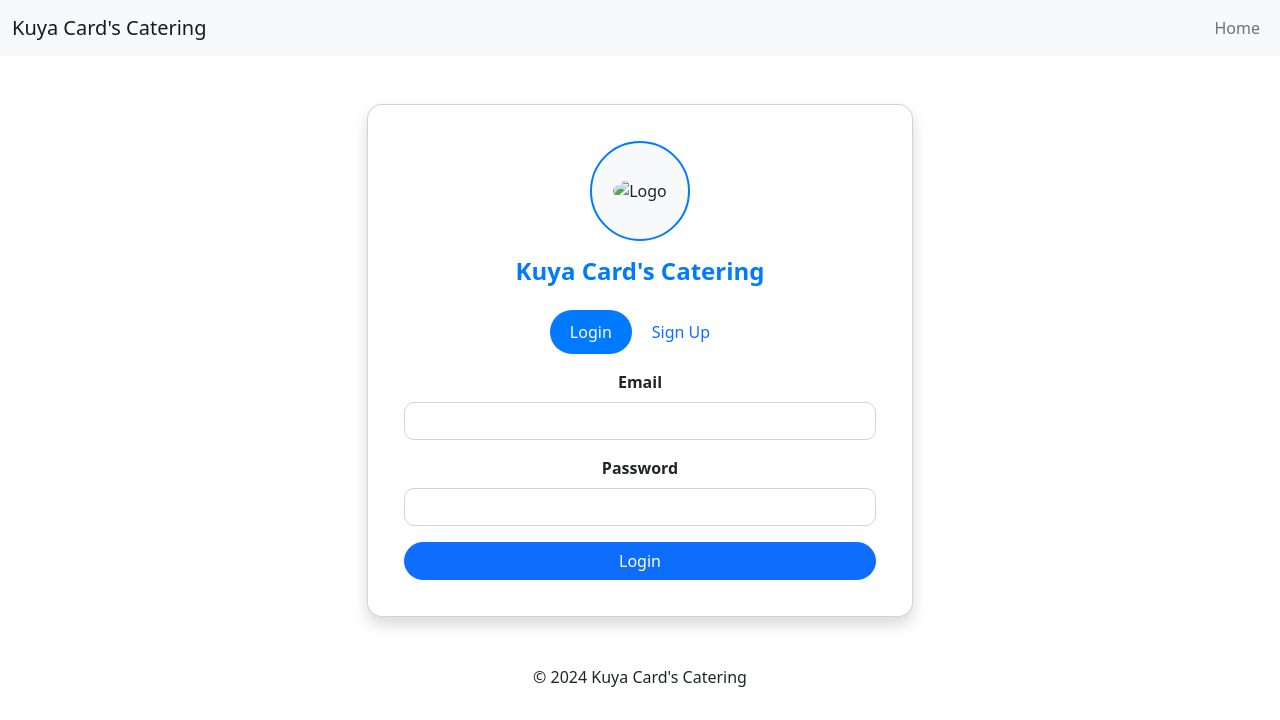
Repository: banbanny/kuyacards_catering
Page: http://localhost/
An editor plug-in stored every save of this project. The page is shown before and after the next save, followed by the edit.
The browser window is 1280 px wide. The pictures show the whole page.
The page is run by PHP 8.4 with error messages shown; the project is at /var/www/html/.

Above is the page before, as saved 2024-11-29 12:38:10.
Console error: TypeError: Cannot read properties of null (reading 'addEventListener')
Not found: logo.png

After the next save:
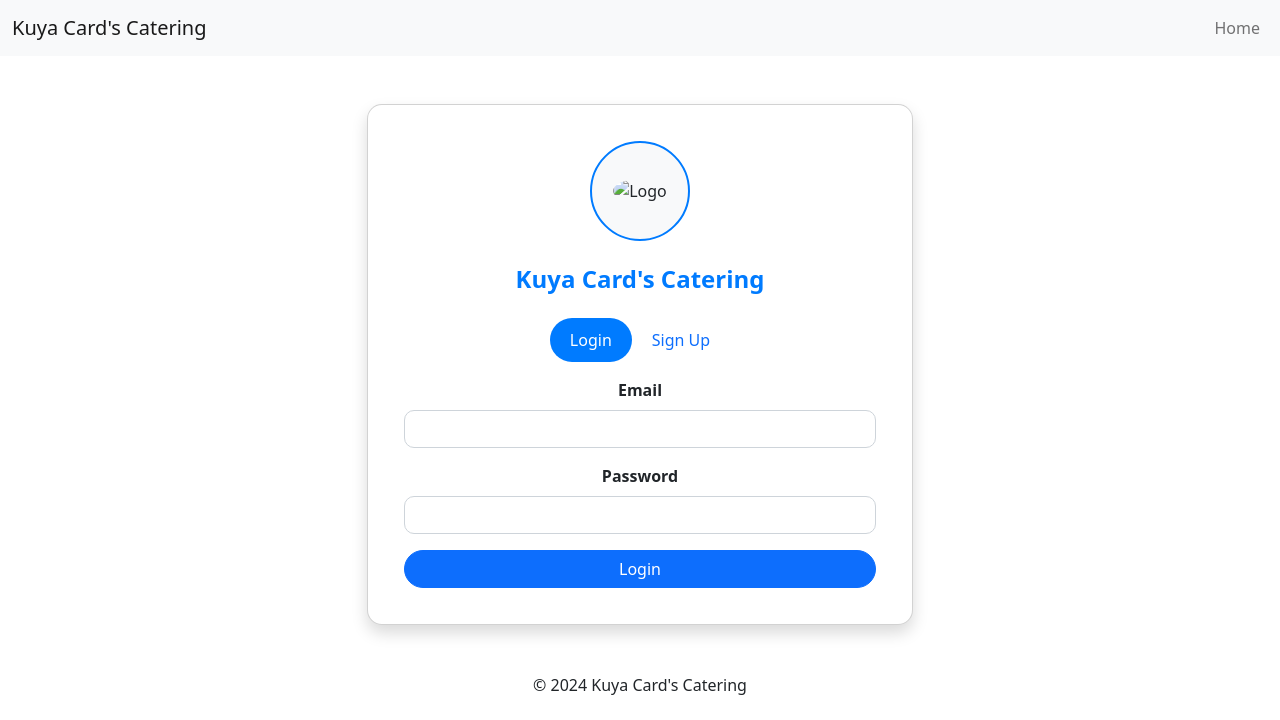
Saved 6 s later.
--- a/index.php
+++ b/index.php
@@ -114,7 +114,7 @@ if ($_SERVER['REQUEST_METHOD'] == 'POST') {
             <div class="card shadow text-center">
                 <div class="card-body">
                     <!-- Logo -->
-                    <div class="logo-container mx-auto mb-3">
+                    <div class="logo-container mx-auto mb-4">
                         <img src="logo.png" alt="Logo" class="img-fluid rounded-circle" />
                     </div>
                     <h4 class="mb-4">Kuya Card's Catering</h4>
